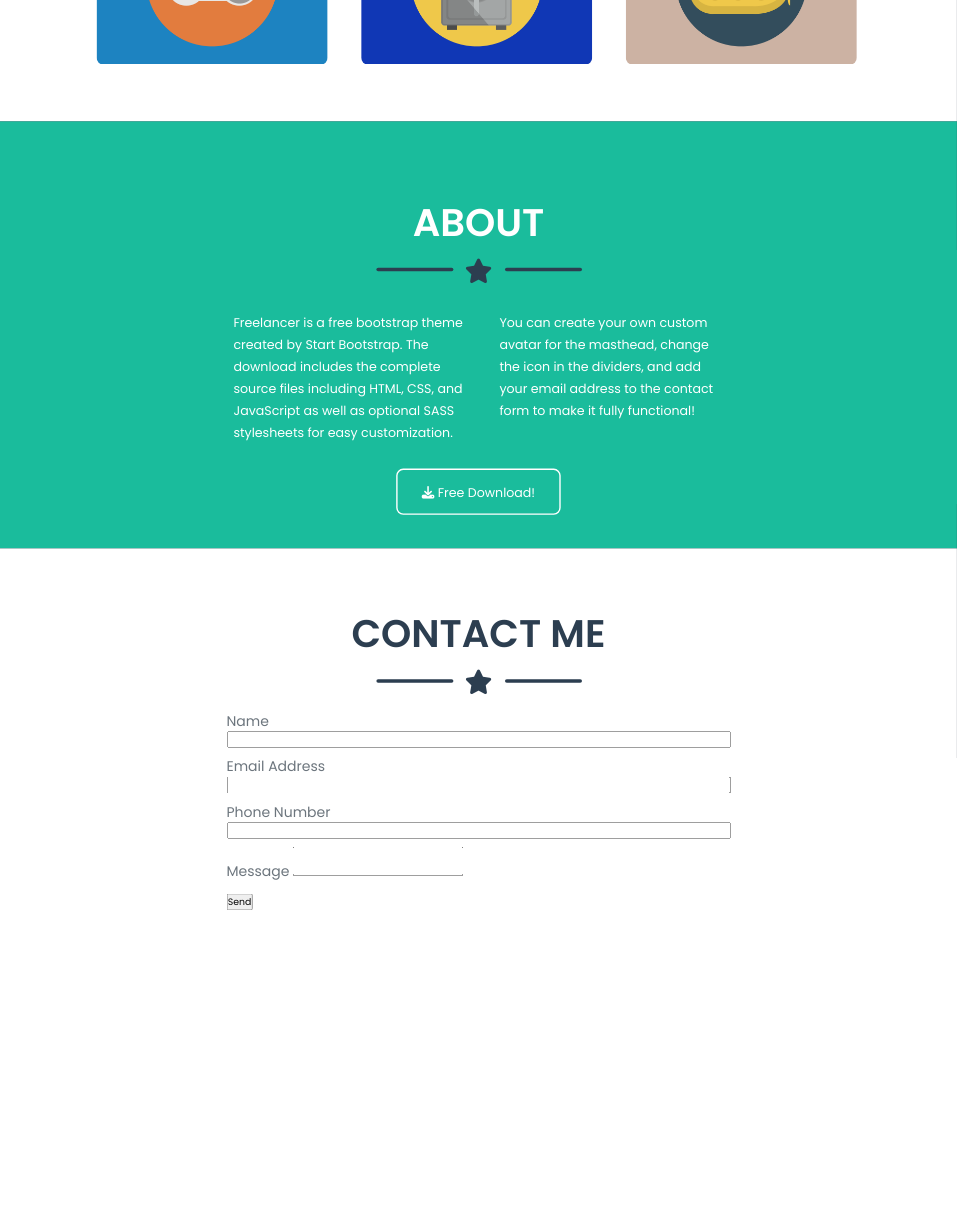
Repository: sSoRaK/web-cut-by-figma_train
Page: bai02/index.html
An editor plug-in stored every save of this project. The page is shown before and after the next save, followed by the edit.
The browser window is 1280 px wide. The page is 1367 px wide, so the pictures cover 1367 px, including what lies to the right of the window. The pictures show the part of the page from y = 1459 to 3219 px (the page is 3219 px tall), at 70% of full size.

Above is the page before, as saved 2023-06-02 14:29:26.

### bai02/index.html
<!DOCTYPE html>
<html lang="en">
  <head>
    <meta charset="UTF-8" />
    <meta http-equiv="X-UA-Compatible" content="IE=edge" />
    <meta name="viewport" content="width=device-width, initial-scale=1.0" />
    <title>Start Bootstrap</title>
    <link rel="stylesheet" href="./style.css" />
    <link
      href="https://fonts.googleapis.com/css2?family=Poppins:wght@100;200;300;400;500;600&display=swap"
      rel="stylesheet"
    />
    <link
      rel="stylesheet"
      href="https://cdnjs.cloudflare.com/ajax/libs/font-awesome/6.4.0/css/all.min.css"
      integrity="sha512-iecdLmaskl7CVkqkXNQ/ZH/XLlvWZOJyj7Yy7tcenmpD1ypASozpmT/E0iPtmFIB46ZmdtAc9eNBvH0H/ZpiBw=="
      crossorigin="anonymous"
      referrerpolicy="no-referrer"
    />
  </head>
  <body>
    <div class="container">
      <!-- header menu -->
      <header>
        <div class="header-logo">
          <h2>Start Bootstrap</h2>
        </div>
        <nav>
          <ul>
            <li><a href="#">PORTFOLIO</a></li>
            <li><a href="#">ABOUT</a></li>
            <li><a href="#">CONTACT</a></li>
          </ul>
        </nav>
      </header>
      <!-- header menu -->
      <!-- main -->
      <main>
        <!-- block 01 -->
        <section class="block01">
          <img
            src="./resources/avataaars.png"
            alt="avatar"
            srcset="./resources/avataaars.png 2x"
          />
          <h3>START BOOTSTRAP</h3>
          <div class="star-line">
            <i class="fa-solid fa-star"></i>
          </div>
          <p>Graphic Artist - Web Designer - Illustrator</p>
        </section>
        <!-- block 01 -->

        <!-- block 02 -->
        <section class="block02">
          <h4>PORTFOLIO</h4>
          <div class="star-line">
            <i class="fa-solid fa-star"></i>
          </div>
          <div class="img-list">
            <img
              src="./resources/cabin.png"
              alt="cabin"
              srcset="./resources/cabin.png 2x"
            />
            <img
              src="./resources/cake.png"
              alt="cake"
              srcset="./resources/cake.png"
            />
            <img
              src="./resources/circus.png"
              alt="circus"
              srcset="./resources/circus.png 2x"
            />
            <img
              src="./resources/game.png"
              alt="game"
              srcset="./resources/game.png 2x"
            />
            <img
              src="./resources/safe.png"
              alt="safe"
              srcset="./resources/safe.png 2x"
            />
            <img
              src="./resources/submarine.png"
              alt="submarine"
              srcset="./resources/submarine.png 2x"
            />
          </div>
        </section>
        <!-- block 02 -->

        <!-- block 03 -->
        <section class="block03">
          <h4>ABOUT</h4>
          <div class="star-line">
            <i class="fa-solid fa-star"></i>
          </div>
          <div iv class="content">
            <div class="left-content">
              Freelancer is a free bootstrap theme created by Start Bootstrap.
              The download includes the complete source files including HTML,
              CSS, and JavaScript as well as optional SASS stylesheets for easy
              customization.
            </div>
            <div class="right-content">
              You can create your own custom avatar for the masthead, change the
              icon in the dividers, and add your email address to the contact
              form to make it fully functional!
            </div>
          </div>
          <button><i class="fa-solid fa-download"></i> Free Download!</button>
        </section>
        <!-- block 03 -->

        <!-- block 04 -->
        <section class="block04 contact-me">
          <h4>CONTACT ME</h4>
          <div class="star-line">
            <i class="fa-solid fa-star"></i>
          </div>
          <div class="form">
            <form action="#" method="post">
              <div class="block">
                <label for="name">Name</label>
                <input type="text" name="name" id="name" />
              </div>
              <div class="block">
                <label for="email">Email Address</label>
                <input type="email" name="email" id="email" />
              </div>
              <div class="block">
                <label for="phone-number">Phone Number</label>
                <input type="number" name="phone-number" id="phone-number" />
              </div>
              <div class="block">
                <label for="message">Message</label>
                <textarea
                  name="message"
                  id="message"
                  style="resize: none"
                ></textarea>
              </div>
              <input type="submit" value="Send" class="send-btn" />
            </form>
          </div>
        </section>
        <!-- block 04 -->
      </main>
      <!-- main -->
    </div>
  </body>
</html>

### bai02/style.css
* {
  margin: 0;
  padding: 0;
  box-sizing: border-box;
  font-family: "Poppins", sans-serif;
  list-style: none;
  text-decoration: none;
}
body {
  background-color: #0e0e0e;
  height: 2400px;
}
.container {
  width: 1367px;
  background-color: #2c3e50;
  margin: 0 auto;
}
/* header menu */
header {
  height: 100px;
  color: #ffffff;
  display: flex;
  justify-content: space-between;
  align-items: center;
  margin: 0 155px 0 130px;
}
.header-logo {
  text-transform: uppercase;
  font-weight: 700;
  font-size: 20px;
  cursor: pointer;
}
nav ul {
  display: flex;
  gap: 40px;
}

ul li a {
  color: #ffffff;
  font-weight: 600;
  font-size: 18px;
}
/* header menu */
/* main */

/* block 01 */
.block01 {
  /* position: relative; */
  height: 680px;
  background-color: #1abc9c;
  color: #ffffff;
  text-align: center;
  padding: 102px 0;
}
.block01 img {
  width: 250px;
  height: 250px;
  margin-bottom: 30px;
}
.block01 h3 {
  font-size: 65px;
}
.star-line {
  margin-bottom: 20px;
}
.block01 p {
  font-size: 20px;
}
/* block 01 */
/* block 02 */
.block02 {
  height: 852px;
  background-color: #ffffff;
  color: #ffffff;
  padding: 80px 0;
}
.block02 h4,
.block03 h4,
.block04 h4 {
  text-align: center;
  color: #2c3e50;
  font-size: 55px;
  margin-bottom: 10px;
}
/* làm star line */
.star-line {
  position: relative;
  color: #2c3e50;
  text-align: center;
}
.fa-star {
  font-size: 35px;
}
.star-line::before {
  position: absolute;
  content: "";
  width: 110px;
  height: 5px;
  bottom: 50%;
  left: 50%;
  background-color: #2c3e50;
  transform: translateX(-133%);
  border-radius: 10px;
}
.star-line::after {
  position: absolute;
  content: "";
  width: 110px;
  height: 5px;
  bottom: 50%;
  right: 50%;
  background-color: #2c3e50;
  transform: translateX(134%);
  border-radius: 10px;
}
/* phần image list */
.img-list {
  display: grid;
  grid-template-rows: repeat(2, 240px);
  grid-template-columns: repeat(3, 330px);
  gap: 48px;
  margin: 32px 138px 0 138px;
}
.img-list img {
  width: 330px;
  height: 240px;
  object-fit: contain;
  border-radius: 10px;
}
/* block 02 */

/* block 03 */
.block03 {
  height: 610px;
  background-color: #1abc9c;
  text-align: center;
  padding: 102px 0;
}
.block03 h4 {
  color: #ffffff;
}
.content {
  display: flex;
  width: 700px;
  height: 180px;
  margin: 38px auto 45px auto;
  column-gap: 50px;
  color: #ffffff;
}
.left-content,
.right-content {
  font-size: 18px;
  line-height: 1.75em;
  text-align: left;
}
.left-content {
  width: 330px;
}
.right-content {
  width: 320px;
}
/* button */
.block03 button {
  width: 235px;
  height: 66px;
  background-color: transparent;
  border: 2px solid #ffffff;
  border-radius: 10px;
  color: #ffffff;
  cursor: pointer;
  font-size: 18px;
}
/* block 03 */

/* block 04 */
.block04 {
  height: 977px;
  background-color: #fff;
  padding: 80px 0;
}
.form {
  width: 720px;
  height: 610px;
  margin: 0 auto;
}
.block {
  width: 100%;
  height: 65px;
}
.block label {
  color: #6c757d;
  font-size: 20px;
}
.block input {
  display: block;
  width: 100%;
}
/* block 04 */

/* main */

After the next save:
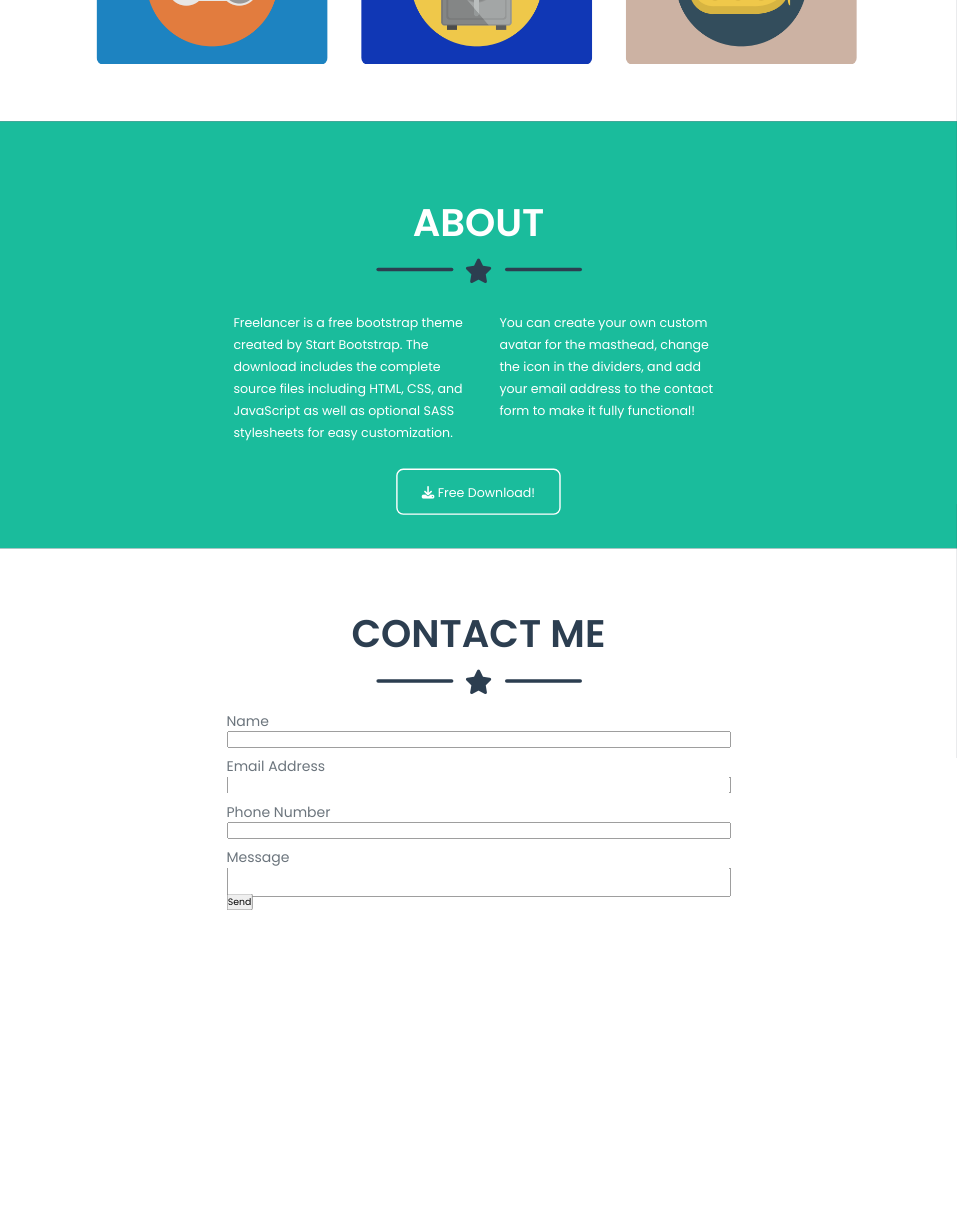
Saved 27 s later.
--- a/bai02/style.css
+++ b/bai02/style.css
@@ -191,7 +191,8 @@ ul li a {
   color: #6c757d;
   font-size: 20px;
 }
-.block input {
+.block input,
+.block #message {
   display: block;
   width: 100%;
 }
